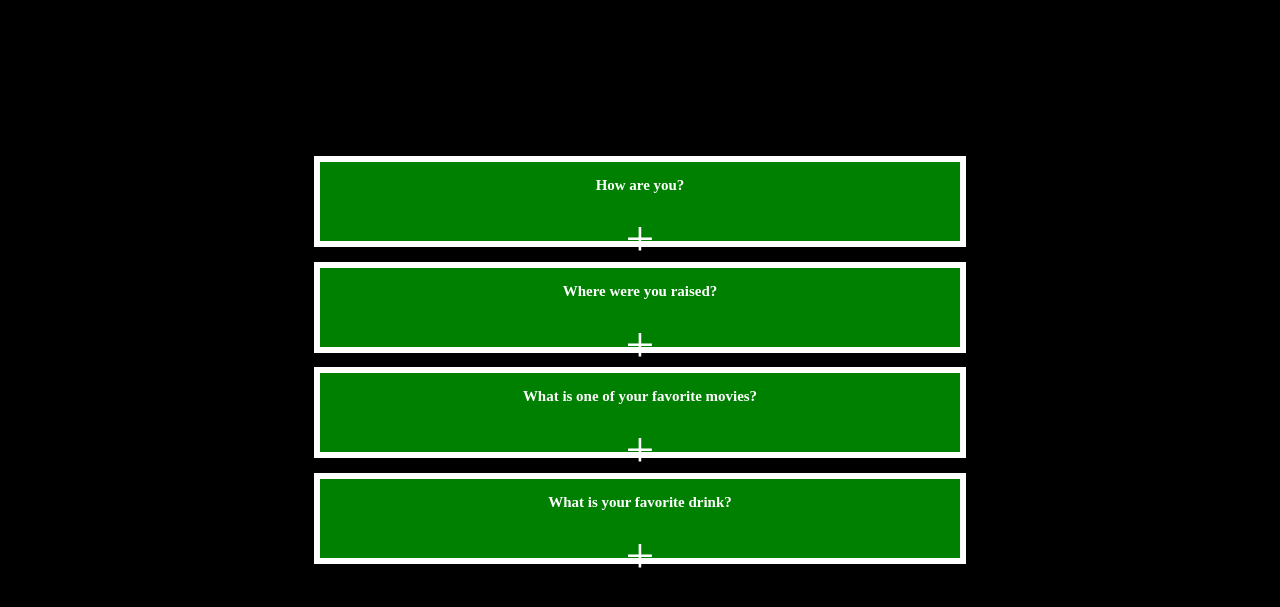
Repository: kosenijr/react-projects
Page: / (app in accordion/)
These files come from the project's save history. The page is drawn as it stood at one moment and after the next save; the edit follows.
The browser window is 1280 px wide. The pictures show the whole page.
The project was rebuilt for these pictures with package versions that can differ from the ones it lists, and the page was loaded fresh each time.

Above is the page before, as saved 2024-03-02 23:10:26.

After the next save:
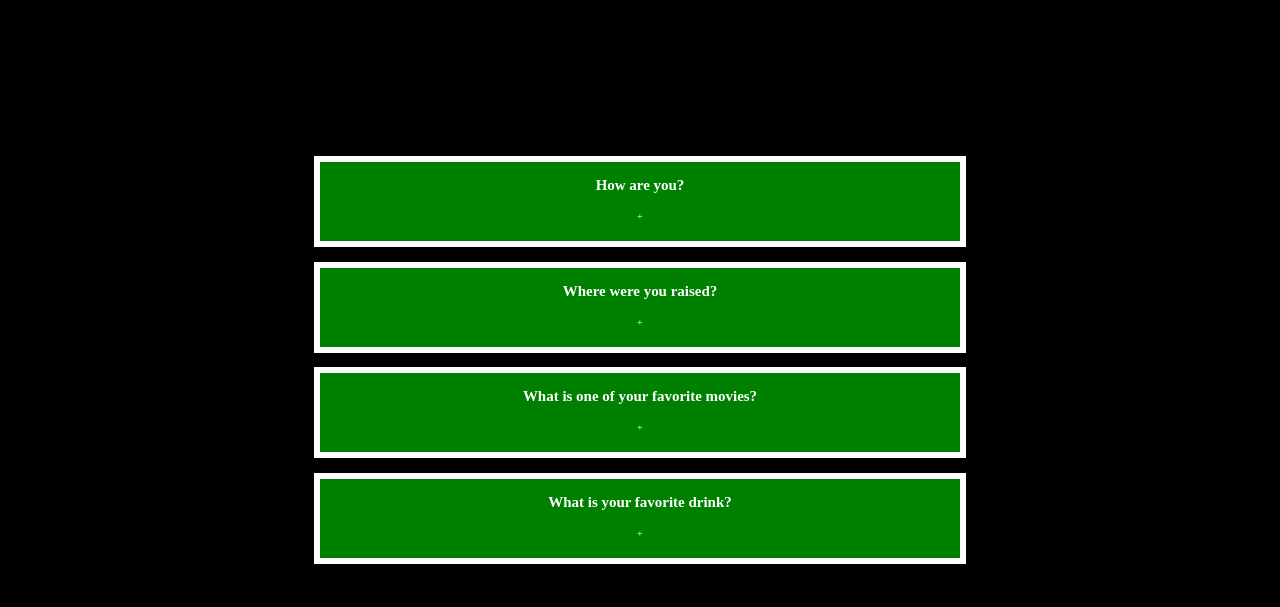
Saved 10 s later.
--- a/accordion/src/styles/SingleSelection.css
+++ b/accordion/src/styles/SingleSelection.css
@@ -22,7 +22,7 @@
 }
 
 span {
-  font-size: 4vw;
+  font-size: 0.8em;;
 }
 
 .content {
